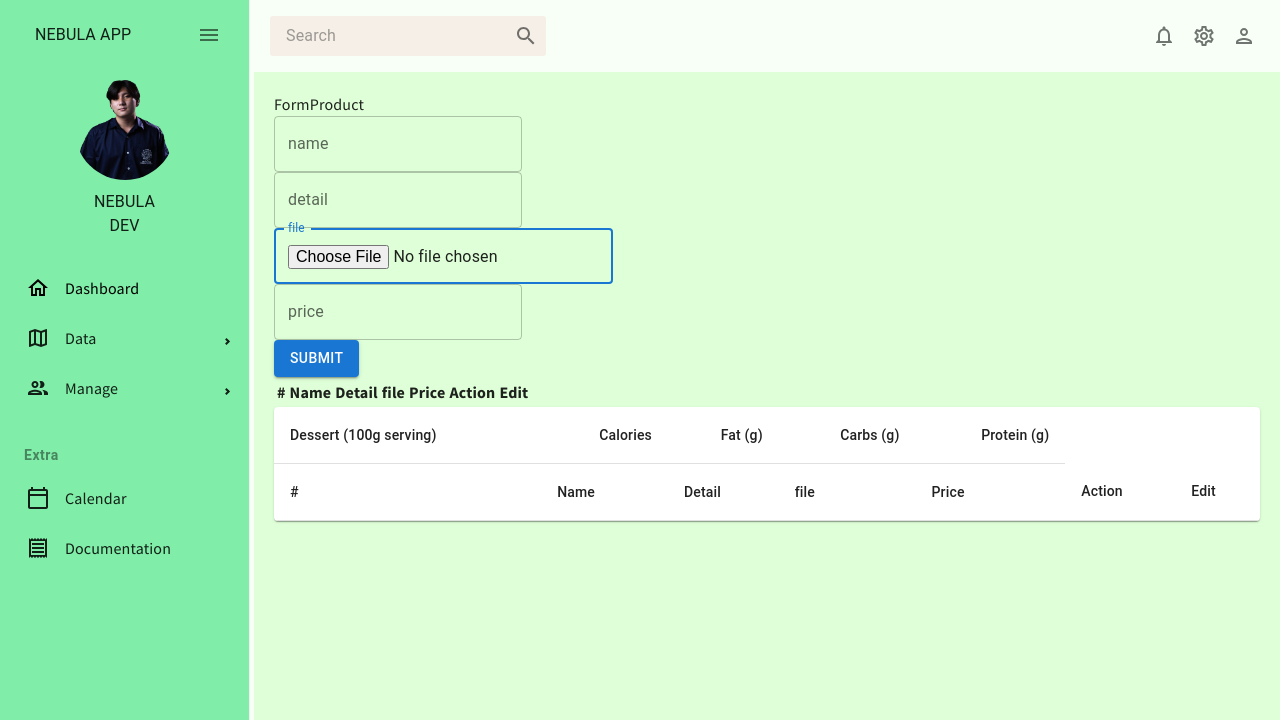
Repository: supakorn5039-boon/MERN
Page: /admin/viewtable (app in client/)
The author's editor kept a copy of each file at every save. The page is drawn from the files as they stood at one save, then again after the next save.
The browser window is 1280 px wide. The pictures show the whole page.
The page's requests for data from a server got no answer. The project was rebuilt for these pictures with package versions that can differ from the ones it lists, and the page was loaded fresh each time. No one was signed in, and anything a server would have sent is missing. Also part of the build but not shown: client/src/App.css, client/src/components/FormEditProducts.jsx.

Above is the page before, as saved 2023-11-01 14:32:27.

### client/src/index.css
@import url("https://fonts.googleapis.com/css2?family=Source+Sans+Pro:wght@400;600;700&display=swap");

html,
body,
#root,
.app,
.content {
  height: 100%;
  width: 100%;
  font-family: "Source Sans Pro", sans-serif;
  background-color: #f7fff7;
  overflow: hidden;
}
.content_body {
  background-color: rgb(223, 255, 216);
  width: 100%;
  height: 90%;
  overflow: scroll;
}
.app {
  display: flex;
  position: relative;
}
.menu-bars {
  text-decoration: none;
  color: #000;
}
::-webkit-scrollbar {
  width: 10px;
}

::-webkit-scrollbar-track {
  background: #e0e0e0;
}

::-webkit-scrollbar-thumb {
  background: #888;
}

::-webkit-scrollbar-thumb:hover {
  background: #555;
}

### client/src/App.js
import "./App.css";
import { BrowserRouter, Route, Routes } from "react-router-dom";
import FormProduct from "./components/FormProduct";
import FormEditProducts from "./components/FormEditProducts";

//Layout

import HeaderBar from "./layout/HeaderBar";
import SideBar from "./layout/SideBar";
import { CssBaseline, Box } from "@mui/material";

function App() {
  return (
    <BrowserRouter>
      <>
        <CssBaseline />
        <div className="app">
          <SideBar />
          <main className="content">
            <HeaderBar />
            <div className="content_body">
              <Box m="20px">
                <Routes>
                  <Route path="/admin/viewtable" element={<FormProduct />} />
                  <Route path="/edit/:id" element={<FormEditProducts />} />
                </Routes>
              </Box>
            </div>
          </main>
        </div>
      </>
    </BrowserRouter>
  );
}

export default App;

### client/src/components/FormProduct.js
import React, { useState, useEffect } from "react";
import { remove, create, getdata } from "../functions/product";
import { Box, Button, TextField } from "@mui/material";

import Table from "@mui/material/Table";
import TableBody from "@mui/material/TableBody";
import TableCell from "@mui/material/TableCell";
import TableContainer from "@mui/material/TableContainer";
import TableHead from "@mui/material/TableHead";
import TableRow from "@mui/material/TableRow";
import Paper from "@mui/material/Paper";

import { Link } from "react-router-dom";

const FormProduct = () => {
  const [data, setData] = useState([]);
  const [form, setForm] = useState([]);

  useEffect(() => {
    loadData();
  }, []);

  // Pull the data from backend  show on frontend  below
  const loadData = async () => {
    getdata()
      .then((res) => setData(res.data))
      .catch((err) => console.log(err));
  };

  const handleChange = (e) => {
    if (e.target.name === "file") {
      setForm({
        // ... copy function inside of useState in form if [] it's mean nothing
        ...form,
        [e.target.name]: e.target.files[0],
      });
    } else {
      setForm({
        ...form,
        [e.target.name]: e.target.value,
      });
    }
  };

  //Submit type and collect to backend
  const handleSubmit = async (e) => {
    e.preventDefault();

    const formWithImageData = new FormData();
    for (const key in form) {
      formWithImageData.append(key, form[key]);
    }

    create(formWithImageData)
      .then((res) => {
        console.log(res.data);

        // use data in submit show to frontend
        loadData();
      })
      .catch((err) => console.log(err));
  };
  const handleRemove = async (id) => {
    remove(id)
      .then((res) => {
        console.log(res);
        loadData();
      })
      .catch((err) => console.log(err));
  };

  // Webpage
  return (
    <div>
      FormProduct
      <form onSubmit={handleSubmit} encType="multipart/form-data">
        <div>
          <TextField
            id="outlined-basic"
            label="name"
            name="name"
            onChange={(e) => handleChange(e)}
            variant="outlined"
          />
        </div>
        <div>
          <TextField
            id="outlined-basic"
            label="detail"
            name="detail"
            onChange={(e) => handleChange(e)}
            variant="outlined"
          />
        </div>

        <div>
          <TextField
            type="file"
            id="outlined-basic"
            label="file"
            name="file"
            onChange={(e) => handleChange(e)}
            variant="outlined"
            focused
          />
        </div>

        <div>
          <TextField
            type="number"
            id="outlined-basic"
            label="price"
            name="price"
            onChange={(e) => handleChange(e)}
            variant="outlined"
          />
        </div>
        <Button variant="contained">Submit</Button>
      </form>
      <table className="table">
        <thead>
          <tr>
            <th scope="col">#</th>
            <th scope="col">Name</th>
            <th scope="col">Detail</th>
            <th scope="col">file</th>
            <th scope="col">Price</th>
            <th scope="col">Action</th>
            <th scope="col">Edit</th>
          </tr>
        </thead>
        <tbody></tbody>
      </table>
      <TableContainer component={Paper}>
        <Table sx={{ minWidth: 650 }} aria-label="simple table">
          <TableHead>
            <TableRow>
              <TableCell>Dessert (100g serving)</TableCell>
              <TableCell align="right">Calories</TableCell>
              <TableCell align="right">Fat&nbsp;(g)</TableCell>
              <TableCell align="right">Carbs&nbsp;(g)</TableCell>
              <TableCell align="right">Protein&nbsp;(g)</TableCell>
            </TableRow>
            <TableRow>
              <TableCell>#</TableCell>
              <TableCell>Name</TableCell>
              <TableCell>Detail</TableCell>
              <TableCell>file</TableCell>
              <TableCell>Price</TableCell>
              <TableCell>Action</TableCell>
              <TableCell>Edit</TableCell>
            </TableRow>
          </TableHead>
          <TableBody>
            {data
              ? data.map((item, index) => (
                  <TableRow
                    key={index}
                    sx={{ "&:last-child td, &:last-child th": { border: 0 } }}
                  >
                    <TableCell>{index + 1}</TableCell>
                    <TableCell>{item.name}</TableCell>
                    <TableCell>{item.detail}</TableCell>
                    <TableCell>{item.file}</TableCell>
                    <TableCell>{item.price}</TableCell>
                    <TableCell
                      style={{ cursor: "pointer", color: "red" }}
                      onClick={() => handleRemove(item._id)}
                    >
                      Delete
                    </TableCell>
                    <td>
                      <Link to={"/edit/" + item._id}>Edit</Link>
                    </td>
                  </TableRow>
                ))
              : null}
          </TableBody>
        </Table>
      </TableContainer>
    </div>
  );
};

export default FormProduct;

### client/src/layout/HeaderBar.js
import react, { useState } from "react";
import { Box, IconButton, Menu, MenuItem } from "@mui/material";
import InputBase from "@mui/material/InputBase";
import NotificationsOutlinedIcon from "@mui/icons-material/NotificationsOutlined";
import SettingsOutlinedIcon from "@mui/icons-material/SettingsOutlined";
import PersonOutlinedIcon from "@mui/icons-material/PersonOutlined";
import SearchIcon from "@mui/icons-material/Search";
import { Link } from "react-router-dom";

const HeaderBar = () => {
  const [anchorEl, setAnchorEl] = useState(null);

  const handleMenu = (event) => {
    setAnchorEl(event.currentTarget);
  };

  const handleClose = () => {
    setAnchorEl(null);
  };
  return (
    <Box display="flex" justifyContent="space-between" p={2}>
      {/* search  */}
      <Box display="flex" borderRadius="3px" backgroundColor="#F5EFE7">
        <InputBase sx={{ ml: 2, flex: 1 }} placeholder="Search" />
        <IconButton type="button" sx={{ p: 1 }}>
          <SearchIcon />
        </IconButton>
      </Box>

      {/* icons */}
      <Box display="flex">
        <IconButton>
          <NotificationsOutlinedIcon />
        </IconButton>
        <IconButton>
          <SettingsOutlinedIcon />
        </IconButton>
        <IconButton>
          <PersonOutlinedIcon onClick={handleMenu} />
          <Menu
            id="menu-appbar"
            anchorEl={anchorEl}
            anchorOrigin={{
              vertical: "top",
              horizontal: "right",
            }}
            keepMounted
            transformOrigin={{
              vertical: "top",
              horizontal: "right",
            }}
            open={Boolean(anchorEl)}
            onClose={handleClose}
          >
            <Link to="#" className="menu-bars">
              <MenuItem onClick={handleClose}>Profile</MenuItem>
            </Link>
            <Link to="#" className="menu-bars">
              <MenuItem onClick={handleClose}>My account</MenuItem>
            </Link>
          </Menu>
        </IconButton>
      </Box>
    </Box>
  );
};

export default HeaderBar;

### client/src/layout/SideBar.js
import React, { useState } from "react";
import {
  Sidebar,
  Menu,
  MenuItem,
  SubMenu,
  SidebarFooter,
} from "react-pro-sidebar";
import { Box, IconButton, Typography, useTheme, Badge } from "@mui/material";
import { Link } from "react-router-dom";

import HomeOutlinedIcon from "@mui/icons-material/HomeOutlined";
import PeopleOutlinedIcon from "@mui/icons-material/PeopleOutlined";
import ReceiptOutlinedIcon from "@mui/icons-material/ReceiptOutlined";
import CalendarTodayOutlinedIcon from "@mui/icons-material/CalendarTodayOutlined";
import BarChartOutlinedIcon from "@mui/icons-material/BarChartOutlined";
import PieChartOutlineOutlinedIcon from "@mui/icons-material/PieChartOutlineOutlined";
import MenuOutlinedIcon from "@mui/icons-material/MenuOutlined";
import MapOutlinedIcon from "@mui/icons-material/MapOutlined";
import TableViewIcon from "@mui/icons-material/TableView";
const SideBar = () => {
  const [isCollapsed, setisCollapsed] = useState(false);
  const [toggled, setToggled] = useState(false);
  const [broken, setBroken] = useState(false);

  return (
    <div
      style={{
        display: "flex",
        height: "100%",
      }}
    >
      <Sidebar
        collapsed={isCollapsed}
        toggled={toggled}
        onBackdropClick={() => setToggled(false)}
        onBreakPoint={setBroken}
        backgroundColor="#80EDA8"
        breakPoint="md"
        style={{ height: "100%" }}
      >
        <div
          style={{ display: "flex", flexDirection: "column", height: "100%" }}
        >
          <div style={{ flex: 1, marginBottom: "32px" }}>
            <Menu iconShape="square">
              {/* LOGO */}
              <MenuItem
                onClick={() => setisCollapsed(!isCollapsed)}
                icon={isCollapsed ? <MenuOutlinedIcon /> : undefined}
                style={{
                  margin: "10px 0 20px 0",
                }}
              >
                {!isCollapsed && (
                  <Box
                    display="flex"
                    justifyContent="space-between"
                    alignItems="center"
                    ml="15px"
                  >
                    <Typography>NEBULA APP</Typography>
                    <IconButton onClick={() => setisCollapsed(!isCollapsed)}>
                      <MenuOutlinedIcon />
                    </IconButton>
                  </Box>
                )}
              </MenuItem>
              {!isCollapsed && (
                <Box mb="25px">
                  <Box
                    display="flex"
                    justifyContent="center"
                    alignItems="center"
                  >
                    <img
                      alt="profile-user"
                      width="100px"
                      height="100px"
                      src={`/assets/Photo.png`}
                      style={{ cursor: "pointer", borderRadius: "50%" }}
                    />
                  </Box>
                  <Box textAlign="center">
                    <Typography sx={{ m: "10px 0 0 0" }}>NEBULA</Typography>
                    <Typography>DEV </Typography>
                  </Box>
                </Box>
              )}

              <Link to="/admin" className="menu-bars">
                <MenuItem icon={<HomeOutlinedIcon />}>Dashboard</MenuItem>
              </Link>

              <SubMenu icon={<MapOutlinedIcon />} label="Data">
                <Link to={"/admin/viewtable"} className="menu-bars">
                  <MenuItem icon={<TableViewIcon />}>Table</MenuItem>
                </Link>
                <MenuItem icon={<BarChartOutlinedIcon />}>
                  {" "}
                  Line charts
                </MenuItem>
              </SubMenu>

              <SubMenu label="Manage" icon={<PeopleOutlinedIcon />}>
                <Link to={"/admin/manage"} className="menu-bars">
                  <MenuItem>User</MenuItem>
                </Link>
                <MenuItem> Admin</MenuItem>
              </SubMenu>
            </Menu>

            <div
              style={{
                padding: "0 24px",
                marginBottom: "8px",
                marginTop: "32px",
              }}
            >
              <Typography
                variant="body2"
                fontWeight={600}
                style={{
                  opacity: isCollapsed ? 0 : 0.5,
                  letterSpacing: "0.5px",
                }}
              >
                Extra
              </Typography>
            </div>

            <Menu>
              <MenuItem icon={<CalendarTodayOutlinedIcon />}>Calendar</MenuItem>
              <MenuItem icon={<ReceiptOutlinedIcon />}>Documentation</MenuItem>
            </Menu>
          </div>
        </div>
      </Sidebar>
      <main>
        <div style={{ padding: "16px 2px ", color: "#44596e" }}>
          <div style={{ marginBottom: "16px" }}>
            {broken && (
              <IconButton onClick={() => setToggled(!toggled)}>
                <MenuOutlinedIcon />
              </IconButton>
            )}
          </div>
        </div>
      </main>
    </div>
  );
};
export default SideBar;

### client/src/functions/product.js
import axios from "axios";
import { appCheck, getToken } from "../firebase";

const GenerateToken = async () => {
  try {
    const token = await getToken(appCheck);
    return token;
  } catch (err) {
    console.log(err);
    return null;
  }
};

export const remove = async (id) =>
  await axios.delete(process.env.REACT_APP_API + "/product/" + id);

export const create = async (data) =>
  await axios.post(process.env.REACT_APP_API + "/product", data);

export const getdata = async () => {
  const boon = await GenerateToken();
  console.log("boon token", boon);
  return await axios.get(process.env.REACT_APP_API + "/product", {
    headers: {
      "X-Firebase-AppCheck": boon.token,
    },
  });
};

export const read = async (id) => {
  return await axios.get(process.env.REACT_APP_API + "/product/" + id);
};

export const updated = async (id, data) => {
  return await axios.put(process.env.REACT_APP_API + "/product/" + id, data);
};

### client/src/firebase.js
import { initializeApp } from "firebase/app";
import { getAnalytics } from "firebase/analytics";
import {
  initializeAppCheck,
  ReCaptchaV3Provider,
  getToken,
} from "firebase/app-check";

const firebaseConfig = {
  apiKey: "AIzaSyBBM6ayVSyx_ET3Nlx3cLt0ngnVWywZbPM",
  authDomain: "ws-ac-de4c7.firebaseapp.com",
  projectId: "ws-ac-de4c7",
  storageBucket: "ws-ac-de4c7.appspot.com",
  messagingSenderId: "289463955788",
  appId: "1:289463955788:web:0a17ed261d7a3b6a8edfe9",
  measurementId: "G-FX5SNJL1DR",
};

// Initialize Firebase
const app = initializeApp(firebaseConfig);
const analytics = getAnalytics(app);

const appCheck = initializeAppCheck(app, {
  provider: new ReCaptchaV3Provider("6Leql-IoAAAAAA7WR4PGgxlusjWs3nhkkHNlLg7r"),

  // Optional argument. If true, the SDK automatically refreshes App Check
  // tokens as needed.
  isTokenAutoRefreshEnabled: true,
});

export { appCheck, getToken };

Loaded but not shown: client/public/index.html (common file); client/src/index.js (common file); client/src/reportWebVitals.js (common file)

After the next save:
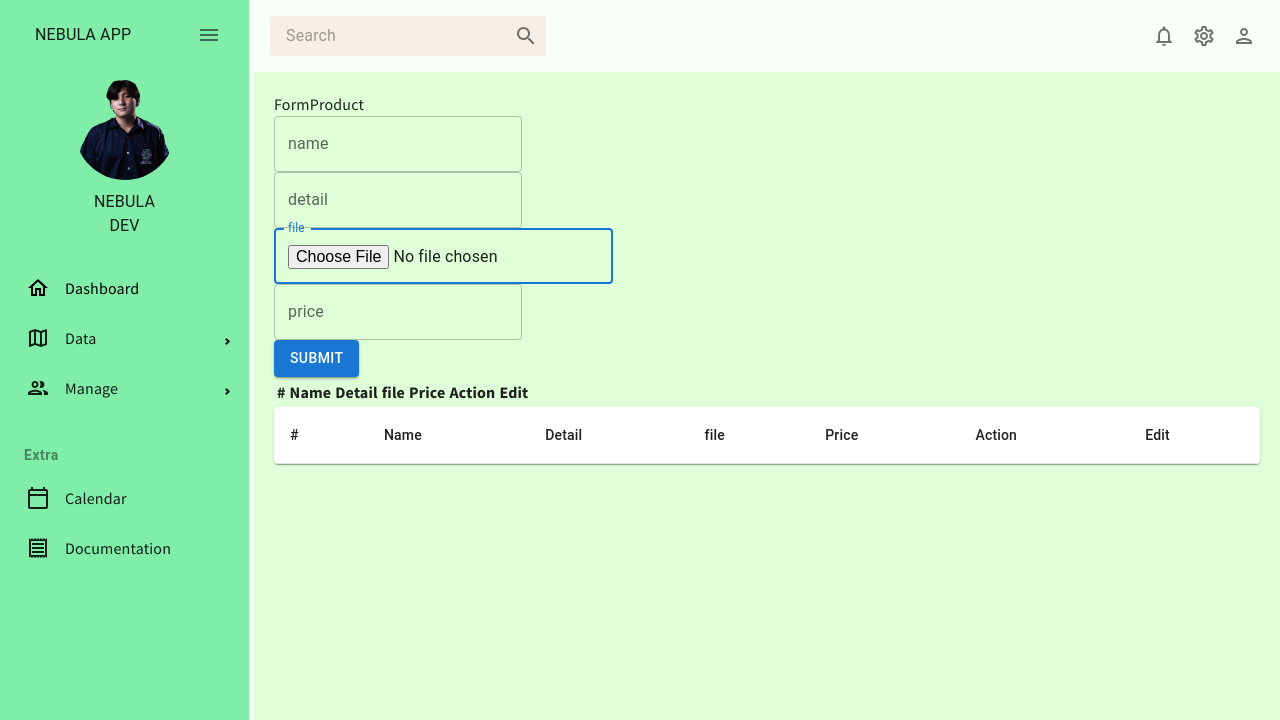
Saved 15 s later.
--- a/client/src/components/FormProduct.js
+++ b/client/src/components/FormProduct.js
@@ -135,13 +135,6 @@ const FormProduct = () => {
         <Table sx={{ minWidth: 650 }} aria-label="simple table">
           <TableHead>
             <TableRow>
-              <TableCell>Dessert (100g serving)</TableCell>
-              <TableCell align="right">Calories</TableCell>
-              <TableCell align="right">Fat&nbsp;(g)</TableCell>
-              <TableCell align="right">Carbs&nbsp;(g)</TableCell>
-              <TableCell align="right">Protein&nbsp;(g)</TableCell>
-            </TableRow>
-            <TableRow>
               <TableCell>#</TableCell>
               <TableCell>Name</TableCell>
               <TableCell>Detail</TableCell>
